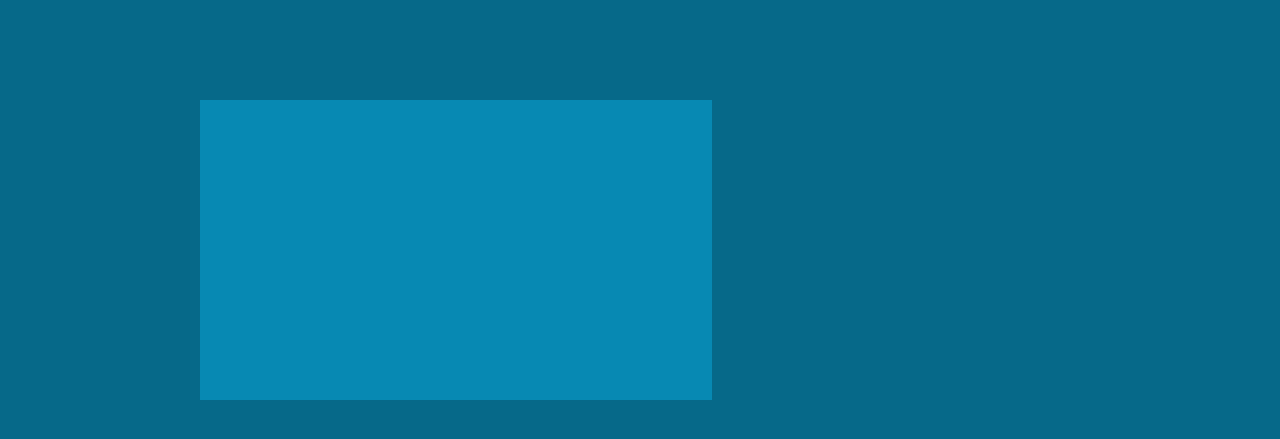
Repository: moiz9265/stopwatch
Page: index.html
The author's editor kept a copy of each file at every save. The page is drawn from the files as they stood at one save, then again after the next save.
The browser window is 1280 px wide. The pictures show the whole page.

Above is the page before, as saved 2020-07-09 22:46:43.

After the next save:
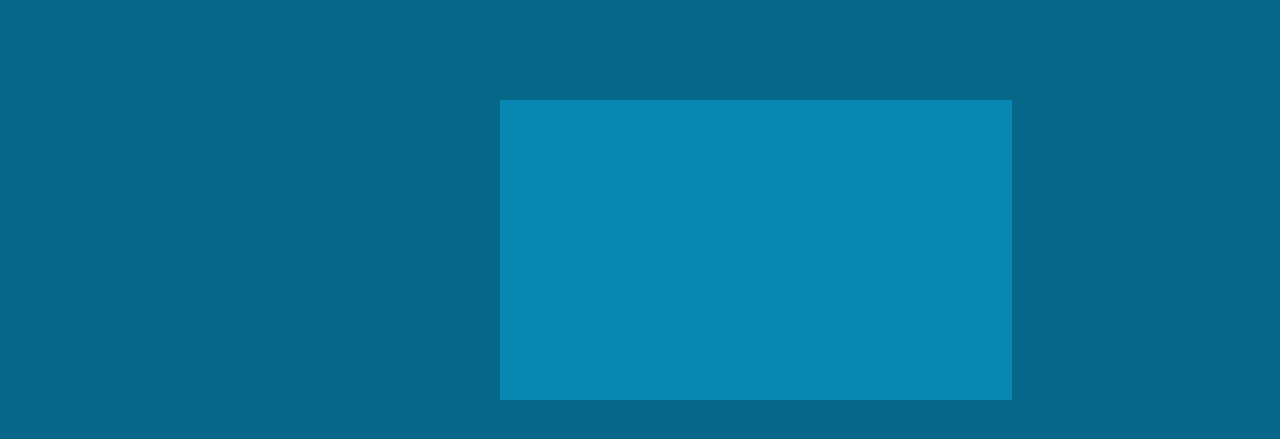
Saved 11 s later.
--- a/css/style.css
+++ b/css/style.css
@@ -5,7 +5,7 @@ body{
 #maindiv
 {
     margin-top: 100px;
-    margin-left: 200px;
+    margin-left: 500px;
     width: 40%;
     background-color: #0789B3;
     padding: 150px;
